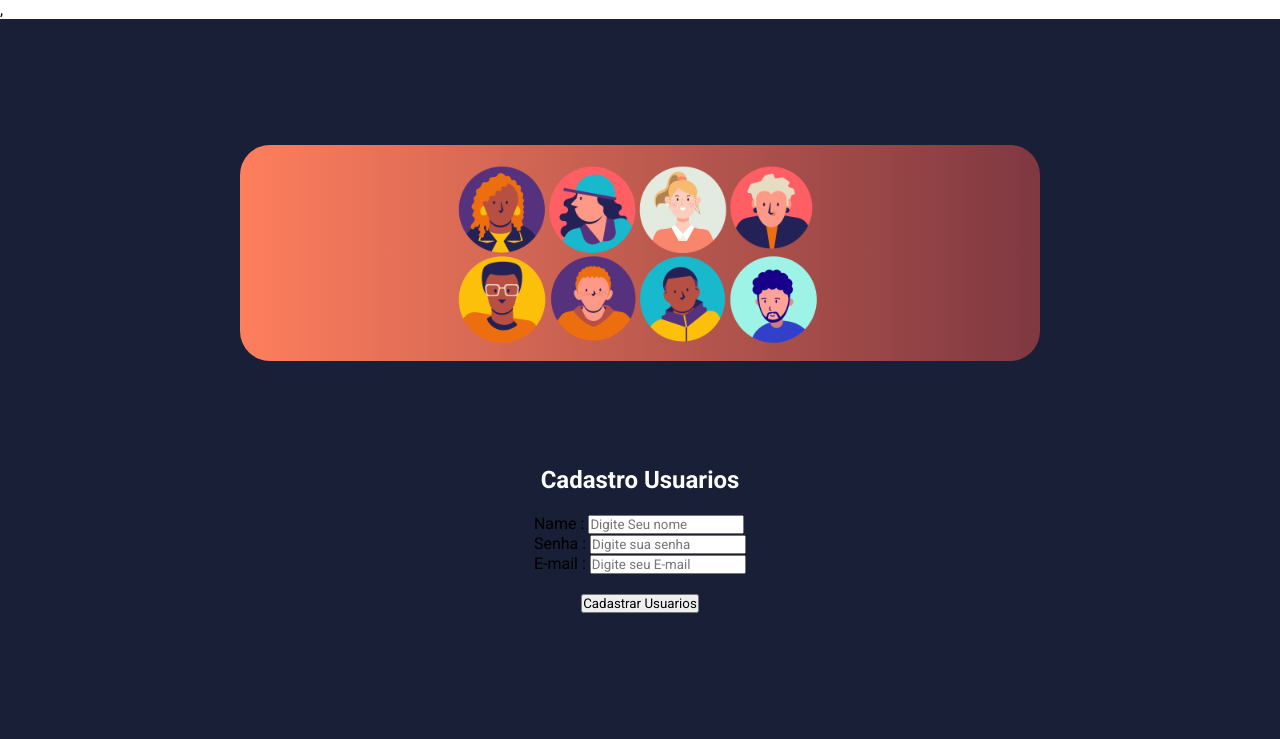
Repository: lcluizrj/meu-projeto-vscode
Page: / (app in cadastro-usuarios-devclub/)
An editor plug-in stored every save of this project. The page is shown before and after a run of saves, followed by the edit.
The browser window is 1280 px wide. The pictures show the whole page.
The project was rebuilt for these pictures with package versions that can differ from the ones it lists, and the page was loaded fresh each time. Also part of the build but not shown: cadastro-usuarios-devclub/vite.config.js.

Above is the page before, as saved 2026-08-15 17:16:46.

### cadastro-usuarios-devclub/index.html
<!doctype html>
<html lang="en">
  <head>
    <meta charset="UTF-8" />
    <link rel="icon" type="image/svg+xml" href="/favicon.svg" />
    <meta name="viewport" content="width=device-width, initial-scale=1.0" />
    <title>cadastro-usuarios-devclub</title>
    <link rel="preconnect" href="https://fonts.googleapis.com">
    <link rel="preconnect" href="https://fonts.gstatic.com" crossorigin>
    <link href="https://fonts.googleapis.com/css2?family=Poppins:wght@300;600&family=Roboto:ital,wght@0,100..900;1,100..900&display=swap" rel="stylesheet">
  </head>
  <body>
    <div id="root"></div>
    <script type="module" src="/src/main.jsx"></script>
  </body>
</html>

### cadastro-usuarios-devclub/src/main.jsx
import React from 'react'
import ReactDOM from 'react-dom/client'
import {GlobalStyles} from './styles/GlobalStyles.js'
import App from './App.jsx'

ReactDOM.createRoot(document.getElementById('root')).render(
  <React.StrictMode>
    <GlobalStyles/>,
    <App />
  </React.StrictMode>,
)

### cadastro-usuarios-devclub/src/styles/GlobalStyles.js
import { createGlobalStyle } from 'styled-components';

export const GlobalStyles = createGlobalStyle`
      *{
        margin: 0;
        padding:0;
        box-sizing:border-box;
        font-family: "Roboto", sans-serif;
       }

`

### cadastro-usuarios-devclub/src/App.jsx
import {Title, Container, Topbackground, Form, ContainerInputs, InputLabel, Input, Button} from "./styles"

import UsersImage from './assets/users.png'

function Home() {

return (
  <Container>
    <Topbackground>
      <img src={UsersImage} alt="Imagens-Usuarios" />
    </Topbackground>

    <Form>
      <Title> Cadastro Usuarios </Title>
      <ContainerInputs>
      <div>
         <div>
         <InputLabel>
         Name <span>: </span>
         </InputLabel>
         <Input type="text" placeholder="Digite Seu nome" />
         </div>

         <div>
         <InputLabel >
          Senha <span>: </span>
          </InputLabel>
         <Input type="number" placeholder="Digite sua senha"/>
         </div>

      </div>
         <div>
         <InputLabel >
          E-mail <span>: </span>
          </InputLabel>
         <Input type="e-mail" placeholder="Digite seu E-mail"/>
         </div>
      </ContainerInputs>
         <Button>Cadastrar Usuarios</Button>
    </Form>


  </Container>
)

}

export default Home

### cadastro-usuarios-devclub/src/styles.js
import styled from 'styled-components'

export const Container = styled.div `
      background-color: #181f36;
      display: flex;
      flex-direction: column;
      align-items: center;
      justify-content: space-evenly;
      padding: 20px;
      height: 100vh;
`

export const Topbackground= styled.div`
      display: flex;
      align-items: center;
      justify-content: center;
      background:linear-gradient(to right, #fe7e5d,#7f3841) ;
      height: 30vh;
      width: 90vw;
      max-width: 800px;
      border-radius: 30px;

img{
      max-width: 100%;
      max-height: 100%;
   }
`

export const Form = styled.form`
      display: flex;
      flex-direction: column;
      align-items: center;
      gap: 20px;
      max-width: 500px;

`
export const Title = styled.h2 `
      color:#fff ;
      text-align: center;
      font: ;


`

export const ContainerInputs = styled.div``

export const Input = styled.input``

export const InputLabel = styled.label``

export const Button = styled.button ``

After the next 7 saves:
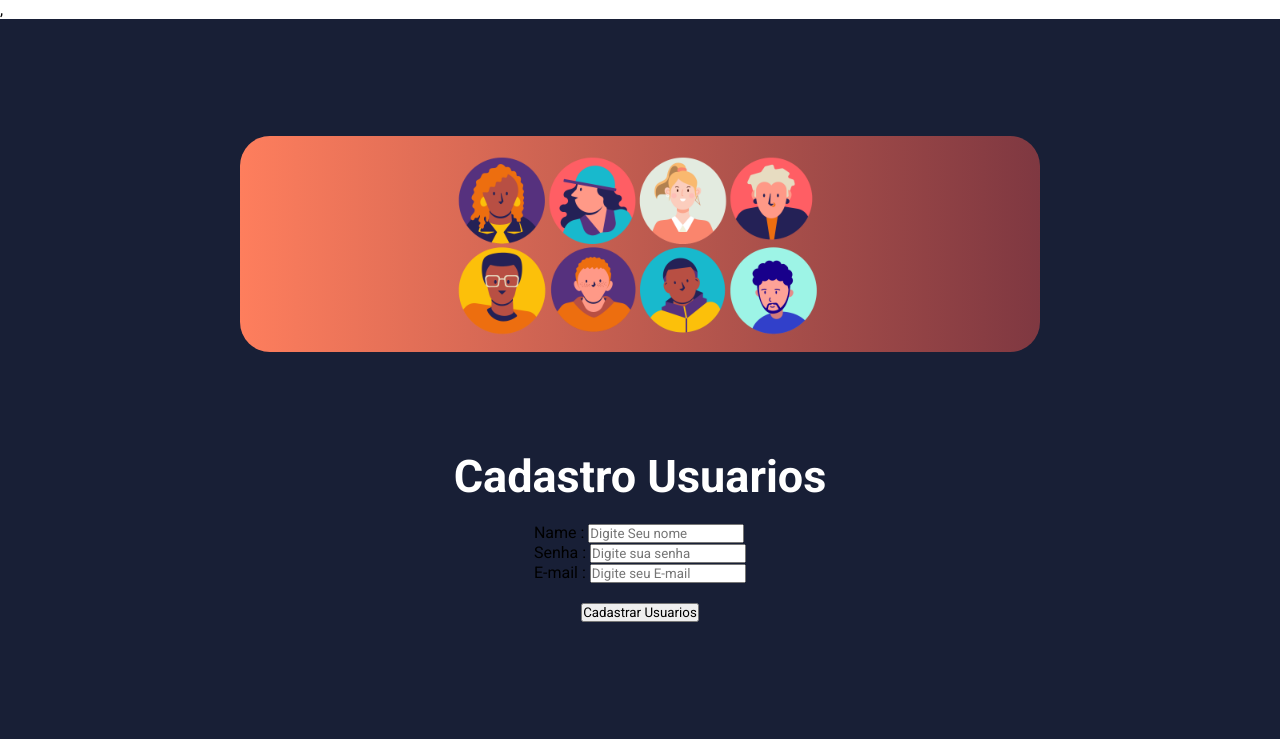
The 7 saves are shown as one change because they came seconds apart.
The last was saved 23 s later.
--- a/cadastro-usuarios-devclub/src/styles.js
+++ b/cadastro-usuarios-devclub/src/styles.js
@@ -37,7 +37,9 @@ export const Form = styled.form`
 export const Title = styled.h2 `
       color:#fff ;
       text-align: center;
-      font: ;
+      font-size: 45px;
+      font-style: normal;
+
 
 
 `
